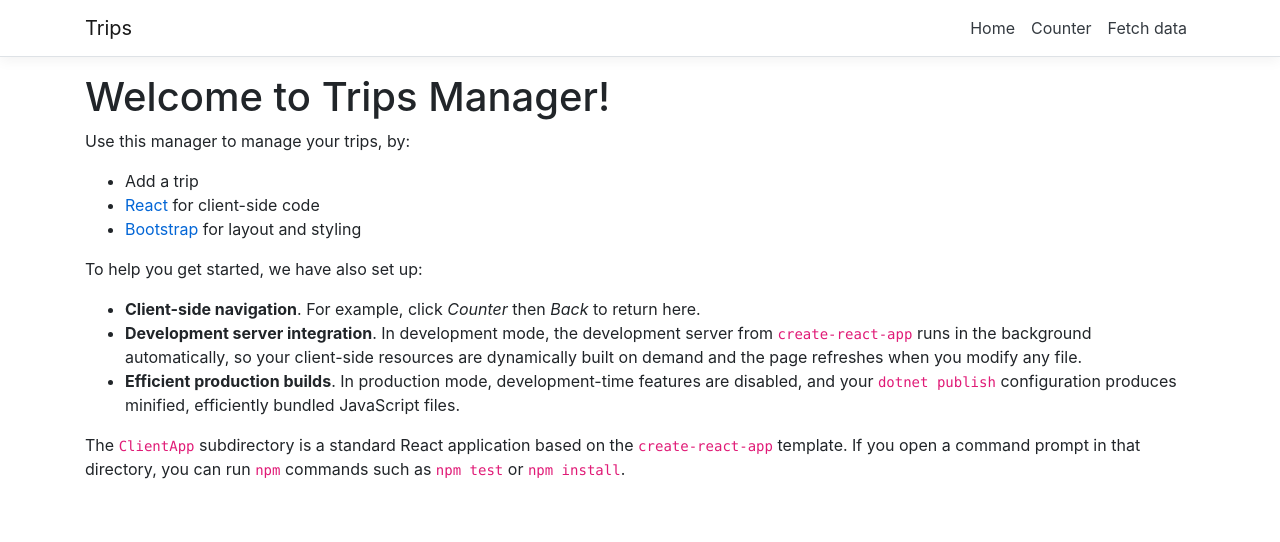
Repository: DevLuDaley/Trips
Page: / (app in ClientApp/)
The author's editor kept a copy of each file at every save. The page is drawn from the files as they stood at one save, then again after the next save.
The browser window is 1280 px wide. The pictures show the whole page.
The project was rebuilt for these pictures with package versions that can differ from the ones it lists, and the page was loaded fresh each time. Also part of the build but not shown: ClientApp/src/components/FetchData.js, ClientApp/src/components/Counter.js, ClientApp/src/components/Trip/Trips.jsx.

Above is the page before, as saved 2020-11-06 10:48:43.

### ClientApp/public/index.html
<!DOCTYPE html>
<html lang="en">
  <head>
    <meta charset="utf-8">
    <meta name="viewport" content="width=device-width, initial-scale=1, shrink-to-fit=no">
    <meta name="theme-color" content="#000000">
    <base href="%PUBLIC_URL%/" />
    <!--
      manifest.json provides metadata used when your web app is added to the
      homescreen on Android. See https://developers.google.com/web/fundamentals/engage-and-retain/web-app-manifest/
    -->
    <link rel="manifest" href="%PUBLIC_URL%/manifest.json">
    <link rel="shortcut icon" href="%PUBLIC_URL%/favicon.ico">
    <!--
      Notice the use of %PUBLIC_URL% in the tags above.
      It will be replaced with the URL of the `public` folder during the build.
      Only files inside the `public` folder can be referenced from the HTML.

      Unlike "/favicon.ico" or "favicon.ico", "%PUBLIC_URL%/favicon.ico" will
      work correctly both with client-side routing and a non-root public URL.
      Learn how to configure a non-root public URL by running `npm run build`.
    -->
    <title>Trips</title>
  </head>
  <body>
    <noscript>
      You need to enable JavaScript to run this app.
    </noscript>
    <div id="root"></div>
    <!--
      This HTML file is a template.
      If you open it directly in the browser, you will see an empty page.

      You can add webfonts, meta tags, or analytics to this file.
      The build step will place the bundled scripts into the <body> tag.

      To begin the development, run `npm start` or `yarn start`.
      To create a production bundle, use `npm run build` or `yarn build`.
    -->
  </body>
</html>

### ClientApp/src/App.js
import React, { Component } from 'react';
import { Route } from 'react-router';
import { Layout } from './components/Layout';
import { Home } from './components/Home';
import { FetchData } from './components/FetchData';
import { Counter } from './components/Counter';

import './custom.css'
import Trips from './components/Trip/Trips.jsx';

export default class App extends Component {
  static displayName = App.name;

  render () {
    return (
      <Layout>
        <Route exact path='/' component={Home} />
        <Route path='/counter' component={Counter} />
        <Route path='/fetch-data' component={FetchData} />
        <Route path='/trips' component={Trips} />
      </Layout>
    );
  }
}

### ClientApp/src/components/Home.js
import React, { Component } from 'react';

export class Home extends Component {
  static displayName = Home.name;

  render () {
    return (
      <div>
        <h1>Welcome to Trips Manager!</h1>
        <p>Use this manager to manage your trips, by:</p>
        <ul>
          <li>Add a trip</li>
          <li><a href='https://facebook.github.io/react/'>React</a> for client-side code</li>
          <li><a href='http://getbootstrap.com/'>Bootstrap</a> for layout and styling</li>
        </ul>
        <p>To help you get started, we have also set up:</p>
        <ul>
          <li><strong>Client-side navigation</strong>. For example, click <em>Counter</em> then <em>Back</em> to return here.</li>
          <li><strong>Development server integration</strong>. In development mode, the development server from <code>create-react-app</code> runs in the background automatically, so your client-side resources are dynamically built on demand and the page refreshes when you modify any file.</li>
          <li><strong>Efficient production builds</strong>. In production mode, development-time features are disabled, and your <code>dotnet publish</code> configuration produces minified, efficiently bundled JavaScript files.</li>
        </ul>
        <p>The <code>ClientApp</code> subdirectory is a standard React application based on the <code>create-react-app</code> template. If you open a command prompt in that directory, you can run <code>npm</code> commands such as <code>npm test</code> or <code>npm install</code>.</p>
      </div>
    );
  }
}

### ClientApp/src/components/NavMenu.js
import React, { Component } from 'react';
import { Collapse, Container, Navbar, NavbarBrand, NavbarToggler, NavItem, NavLink } from 'reactstrap';
import { Link } from 'react-router-dom';
import './NavMenu.css';

export class NavMenu extends Component {
  static displayName = NavMenu.name;

  constructor (props) {
    super(props);

    this.toggleNavbar = this.toggleNavbar.bind(this);
    this.state = {
      collapsed: true
    };
  }

  toggleNavbar () {
    this.setState({
      collapsed: !this.state.collapsed
    });
  }

  render () {
    return (
      <header>
        <Navbar className="navbar-expand-sm navbar-toggleable-sm ng-white border-bottom box-shadow mb-3" light>
          <Container>
            <NavbarBrand tag={Link} to="/trips">Trips</NavbarBrand>
            <NavbarToggler onClick={this.toggleNavbar} className="mr-2" />
            <Collapse className="d-sm-inline-flex flex-sm-row-reverse" isOpen={!this.state.collapsed} navbar>
              <ul className="navbar-nav flex-grow">
                <NavItem>
                  <NavLink tag={Link} className="text-dark" to="/">Home</NavLink>
                </NavItem>
                <NavItem>
                  <NavLink tag={Link} className="text-dark" to="/counter">Counter</NavLink>
                </NavItem>
                <NavItem>
                  <NavLink tag={Link} className="text-dark" to="/fetch-data">Fetch data</NavLink>
                </NavItem>
              </ul>
            </Collapse>
          </Container>
        </Navbar>
      </header>
    );
  }
}

Loaded but not shown: ClientApp/src/index.js (common file); ClientApp/src/registerServiceWorker.js (common file); ClientApp/src/components/Layout.js (common file); ClientApp/src/custom.css (common file); ClientApp/src/components/NavMenu.css (common file)

After the next save:
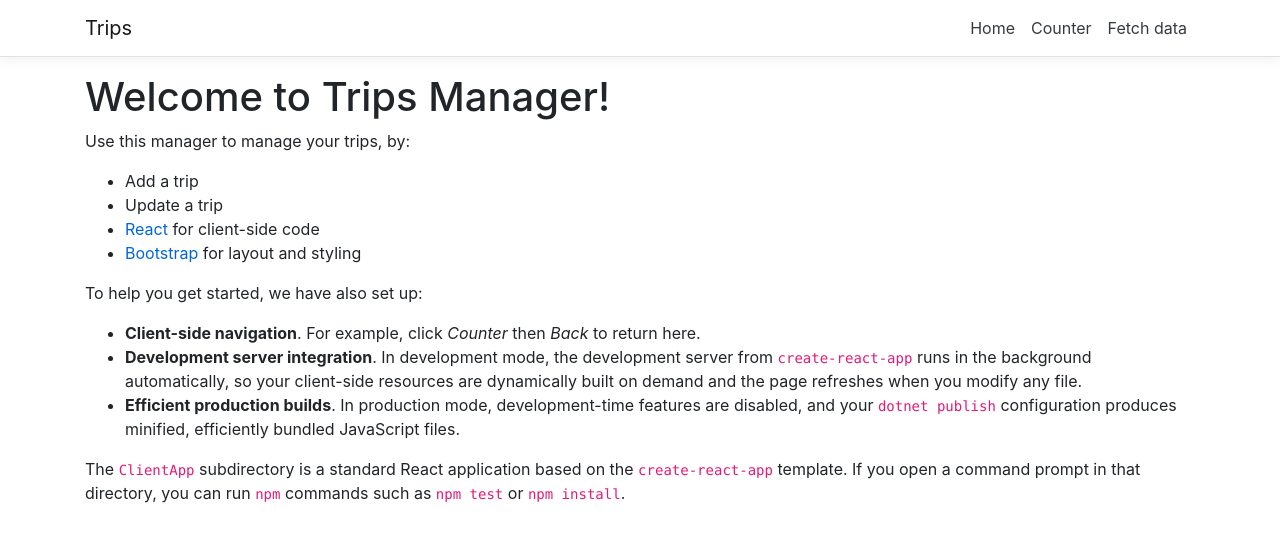
Saved 14 s later.
--- a/ClientApp/src/components/Home.js
+++ b/ClientApp/src/components/Home.js
@@ -10,6 +10,7 @@ export class Home extends Component {
         <p>Use this manager to manage your trips, by:</p>
         <ul>
           <li>Add a trip</li>
+          <li>Update a trip</li>
           <li><a href='https://facebook.github.io/react/'>React</a> for client-side code</li>
           <li><a href='http://getbootstrap.com/'>Bootstrap</a> for layout and styling</li>
         </ul>
